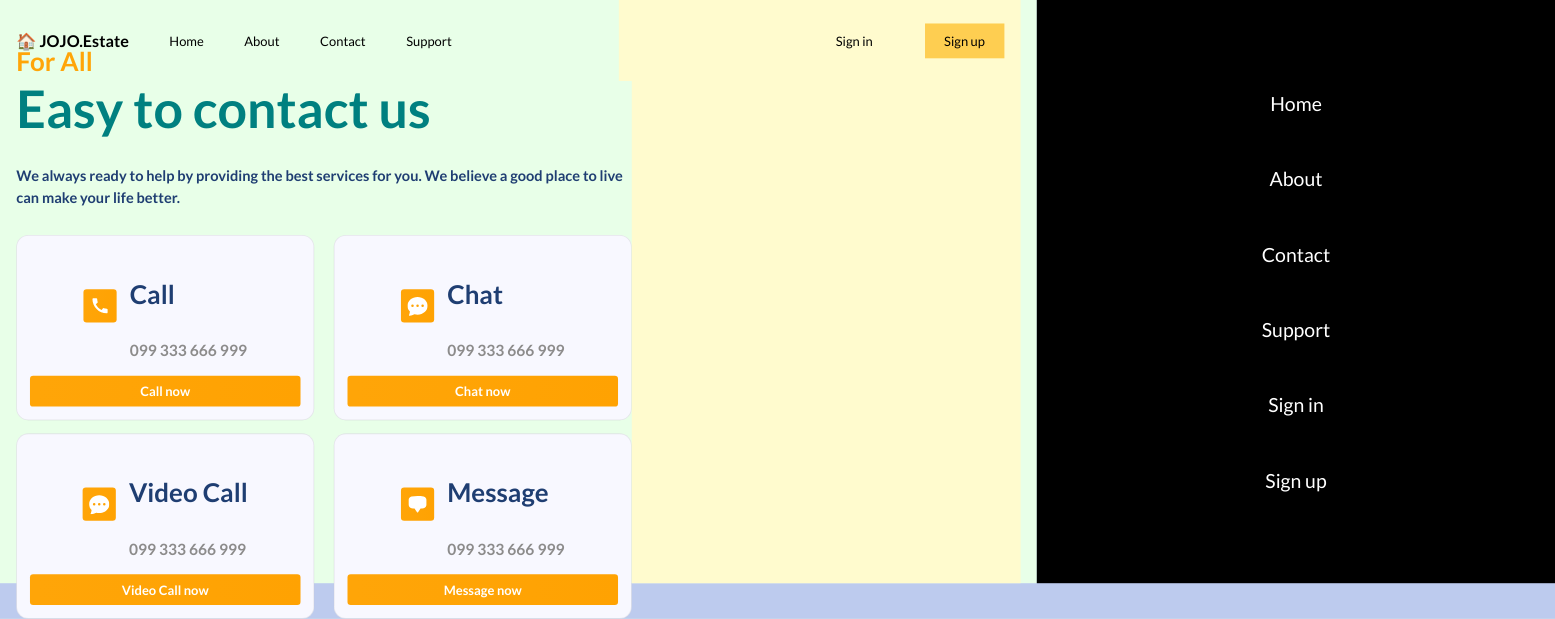
Repository: AiTrinh303/JOJO-estate
Page: /contact (app in client/)
An editor plug-in stored every save of this project. The page is shown before and after the next save, followed by the edit.
The browser window is 1280 px wide. The page is 1920 px wide, so the pictures cover 1920 px, including what lies to the right of the window. The pictures show the whole page, at 81% of full size.
The page's requests for data from a server got no answer. The project was rebuilt for these pictures with package versions that can differ from the ones it lists, and the page was loaded fresh each time. No one was signed in, and anything a server would have sent is missing. Also part of the build but not shown: client/vite.config.js, client/src/components/searchBar/searchBar.scss, client/src/components/searchBar/SearchBar.jsx, client/src/routes/homePage/homePage.scss, client/src/routes/homePage/homePage.jsx, client/src/routes/listPage/listPage.scss, client/src/components/filter/filter.scss, client/src/components/filter/Filter.jsx and 30 more. Imported but missing from the stored project, and not drawn on this page: client/src/components/uploadWidget/UploadWidget.

Above is the page before, as saved 2024-10-15 15:30:09.

After the next save:
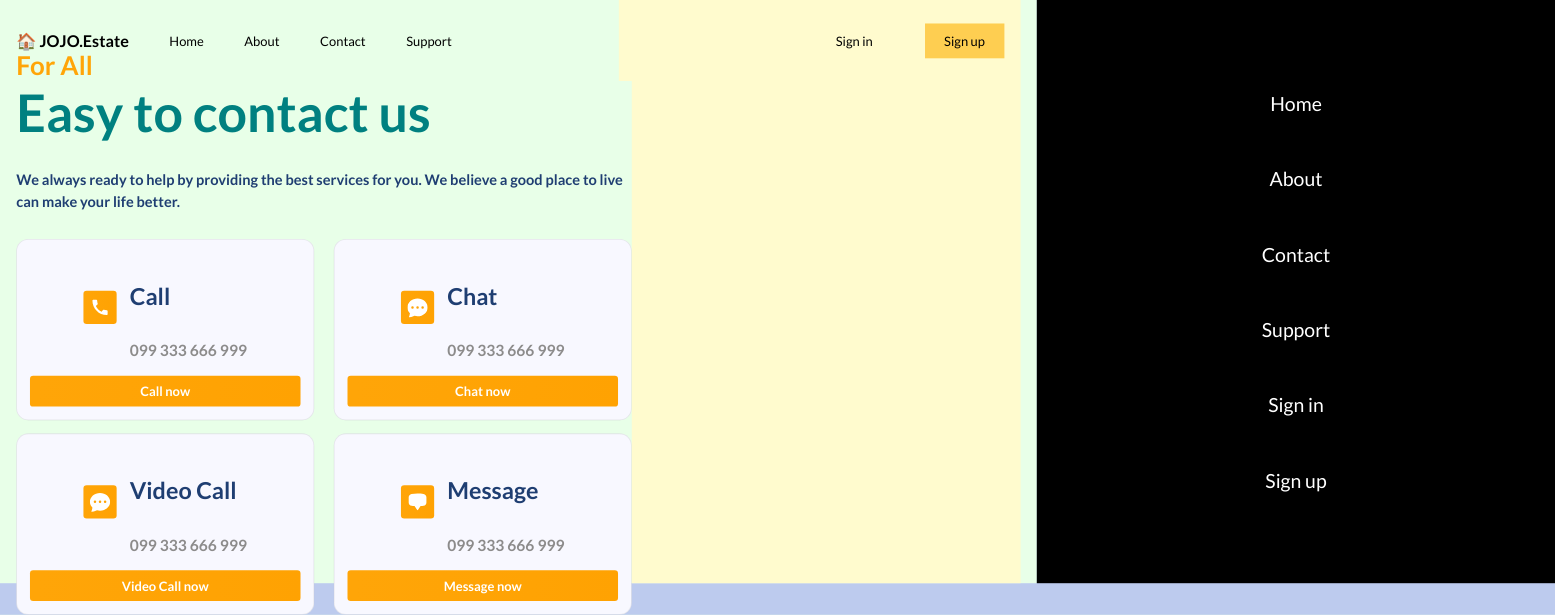
Saved 48 s later.
--- a/client/src/routes/contactPage/contactPage.scss
+++ b/client/src/routes/contactPage/contactPage.scss
@@ -79,7 +79,7 @@
                         .primaryText {
                             color: #1f3e72;
                             font-weight: bold;
-                            font-size: 2rem;
+                            font-size: 1.8rem;
                           }
 
                         .secondaryText {
